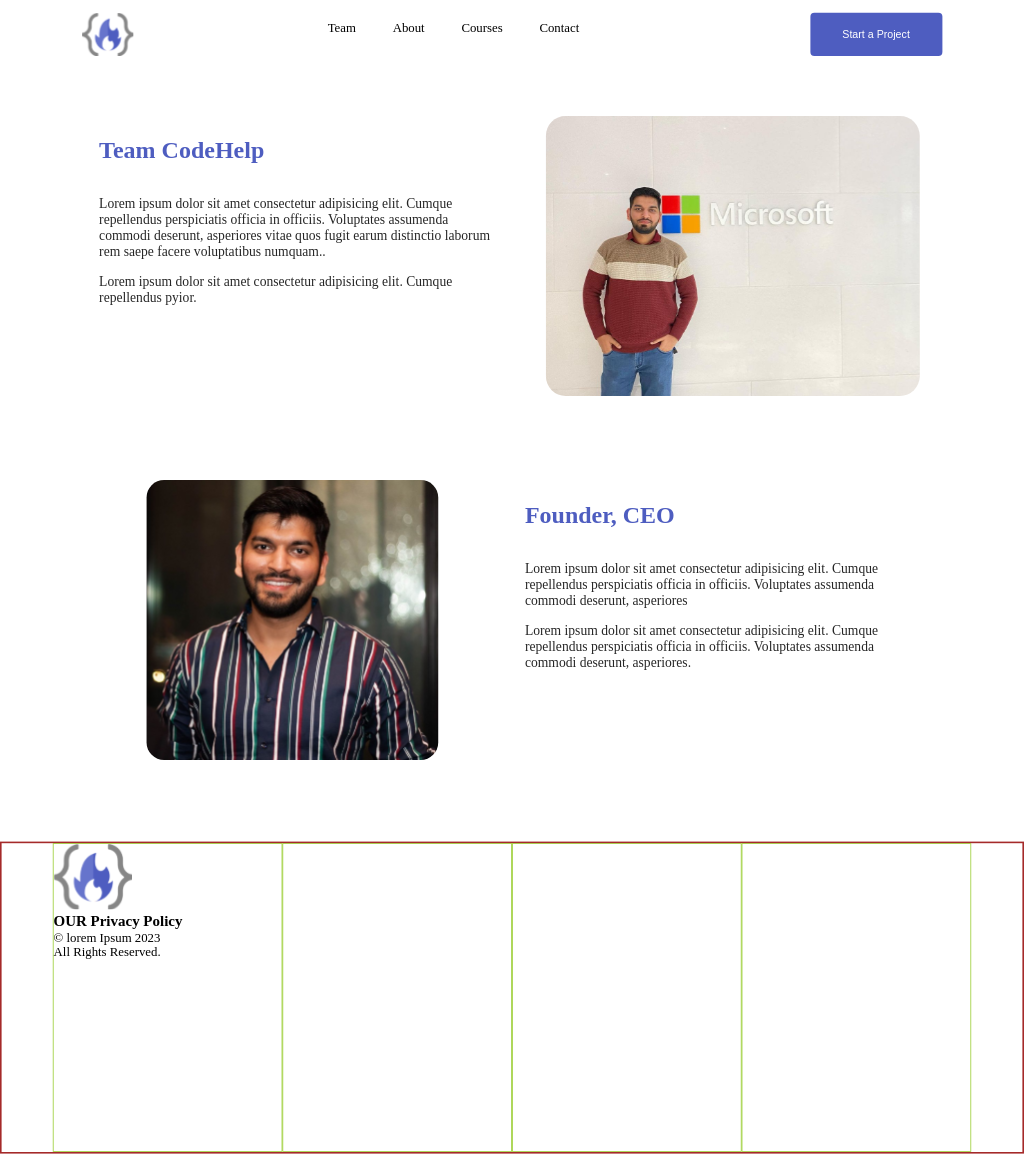
Repository: PraffulPatel27/Codehelp-Mini-Clone
Page: index.html
These files come from the project's save history. The page is drawn as it stood at one moment and after a run of saves; the edit follows.
The browser window is 1280 px wide. The pictures show the whole page, at 80% of full size.

Above is the page before, as saved 2024-02-25 10:24:19.

### index.html
<!DOCTYPE html>
<html lang="en">
<head>
    <meta charset="UTF-8">
    <meta name="viewport" content="width=device-width, initial-scale=1.0">
    <title>Codehelp Website Clone</title>
    <link rel="stylesheet" href="style.css">
    <link rel="icon" href="assets/logo.png" type="image/x-icon">
</head>
<body>

    <div class="wrapper">

        <nav>
            <div class="nav-container">
                <img src="assets/logo.svg" alt="logo" class="logo">

                <div class="nav-links">
                    <p> Team</p>
                    <p> About</p>
                    <p> Courses</p>
                    <p> Contact</p>
                </div>

                <button class="start-btn">Start a Project</button>
            </div>
        </nav>


        <div class="container-1">

            <div class="box" id="main">
                <div class="left-text">
                    <h2> Team CodeHelp </h2>
                    <p> Lorem ipsum dolor sit amet consectetur adipisicing elit. Cumque repellendus perspiciatis officia in officiis. Voluptates assumenda commodi deserunt, asperiores vitae quos fugit earum distinctio laborum rem saepe facere voluptatibus numquam.. </p><br>

                    <p>Lorem ipsum dolor sit amet consectetur adipisicing elit. Cumque repellendus pyior. </p>
                </div>

                <img src="assets/Love_babar_bhaiya_1.svg" alt="image" class="right-image">
            </div>

            <div class="box" id="main-2">
                <img src="assets/Love_babar_bhaiya_2.svg" alt="image" class="right-image">

                <div class="left-text">
                    <h2> Founder, CEO </h2>
                    <p> Lorem ipsum dolor sit amet consectetur adipisicing elit. Cumque repellendus perspiciatis officia in officiis. Voluptates assumenda commodi deserunt, asperiores</p><br>

                    <p>Lorem ipsum dolor sit amet consectetur adipisicing elit. Cumque repellendus perspiciatis officia in officiis. Voluptates assumenda commodi deserunt, asperiores. </p>
                </div>
            </div>

        </div>

    </div>

    <footer>
        <div class="foot-container">
            <div class="ft-box" id="ftb-1">
                <img src="assets/logo.svg" alt="logo" class="logo">
                <h3>OUR Privacy Policy</h3>
                <p>© lorem Ipsum 2023<br>
                    All Rights Reserved.</p>
            </div>
            <div class="ft-box"></div>
            <div class="ft-box"></div>
            <div class="ft-box"></div>
        </div>
    </footer>
</body>
</html>

### style.css
* {
    margin: 0;
    padding: 0;
    box-sizing: border-box;
    font-style: 'Roboto Flex', sans-serif;
}

.wrapper {
    padding-left: 8%;
    padding-right: 8%;
}

.nav-container {
    display: flex;
    justify-content: space-between;
    position: sticky;
    /* border: 1px solid red; */
    margin-bottom: 4%;
}

.nav-container img {
    padding-top: 1.5%;
    width: 6%;
}

.nav-container button {
    width: 165px;
    height: 54px;
    margin-top: 1.5%;
    background: #4E5DC0;
    border-radius: 5px;
    color: #fff;
    border: none;
}

.nav-links {
    display: flex;
    justify-content: space-evenly;
    justify-content: center;
    align-items: center;
    /* list-style-type: none; */
}

.nav-links p {
    margin-right: 26%;
}

.container-1 {
    height: 885px;
    margin-bottom: 5%;
    /* border: 1px solid green; */
    display: grid;

    grid-template-rows: 1fr 1fr;
    grid-template-columns: 1fr;
    grid-gap: 25px;

    grid-template-areas:
    "main"
    "main2";
}

.box {
    /* border: 2px solid red; */
    /* background-color: antiquewhite; */

}
#main {
    grid-area: main;
    padding: 3% 2% 3% 2%;

    display: flex;
    justify-content: space-between;
}
#main img {
    width: 480px;
    height: 350px;
}
.left-text {
    padding-top: 2.5%;
    width: 500px;
    height: 350px;
    /* border: 2px solid blue; */
}
.left-text h2 {
    color: #4E5DC0;
    font-size: 30px;
    margin-bottom: 8%;
}
.left-text p {
    color: #000000;
    font-size: 17px;
    opacity: 0.85;
}

#main-2 {
    grid-area: main2;
    padding: 3% 2% 3% 0%;

    display: flex;
    justify-content: space-between;
}
#main-2 img {
    width: 527px;
    height: 350px;
}



 /* footer start here */
.foot-container {
    height: 390px;
    border: 2px solid brown;
    padding-left: 5%;
    padding-right: 5%;

    display: grid;
    grid-template-columns: repeat(4, 1fr);
    grid-template-rows: 1fr;
    justify-content: space-evenly;
}

.ft-box {
    border: 1px solid yellowgreen;
}

After the next 2 saves:
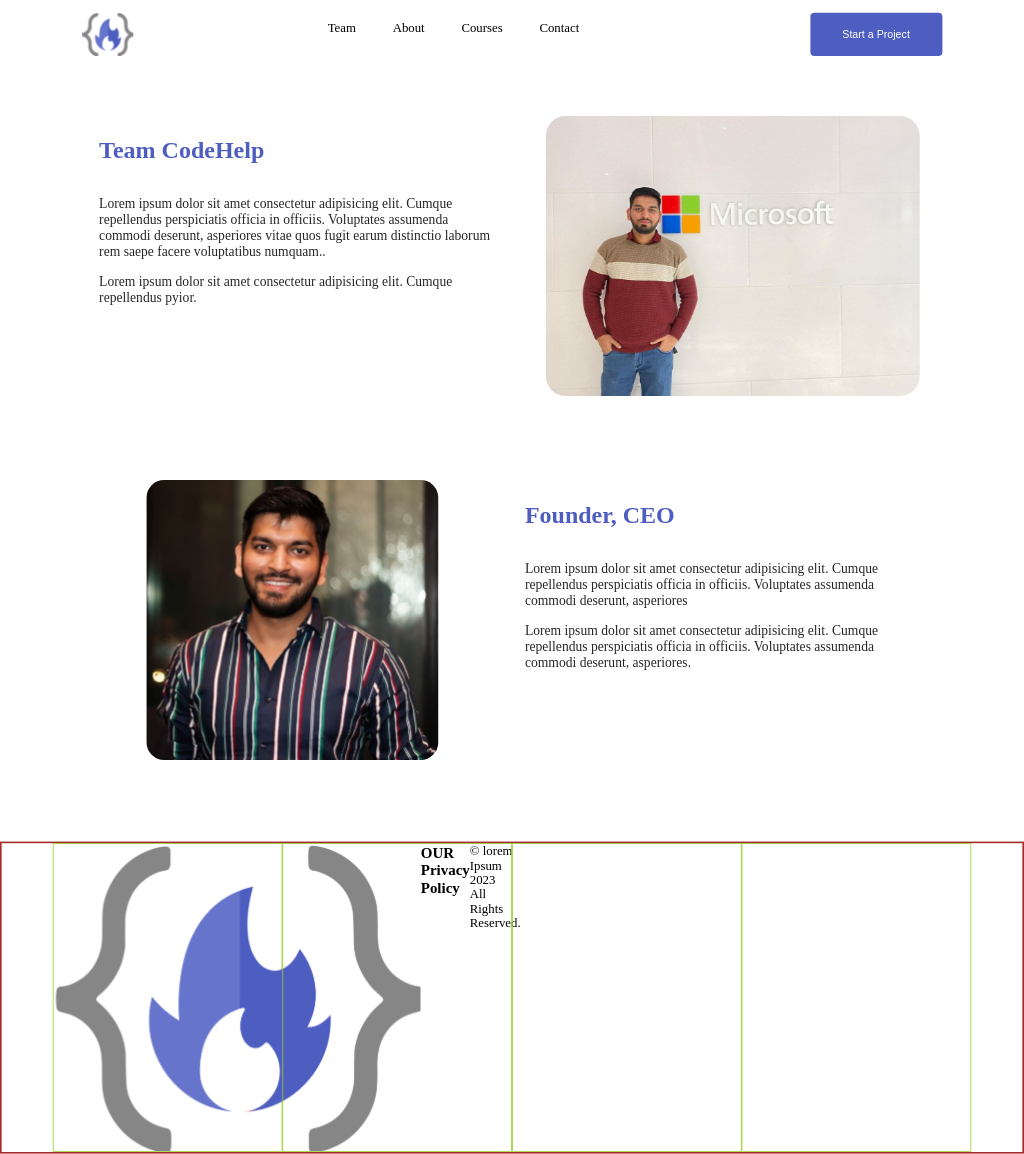
The 2 saves are shown as one change because they came seconds apart.
The last was saved 6 s later.
--- a/style.css
+++ b/style.css
@@ -123,3 +123,7 @@
 .ft-box {
     border: 1px solid yellowgreen;
 }
+
+#ftb-1 {
+    display: flex;
+}
